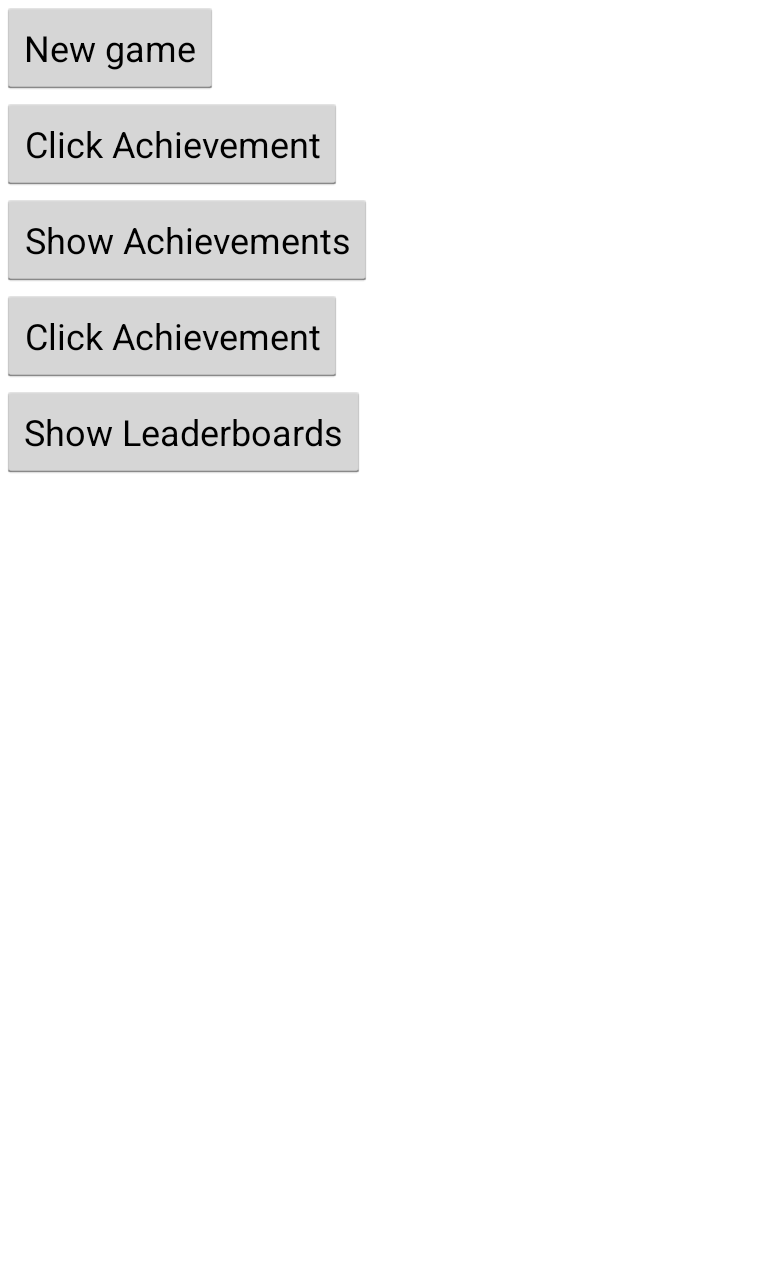
Repository: wassil/googleGamesTest
Layout: TicTacToe/res/layout/fragment_main_menu.xml
These files come from the project's save history. The layout is drawn as it stood at one moment and after the next save; the edit follows.
It is drawn on a 768 x 1280 px phone screen (xhdpi) without system bars, with theme AppTheme; the app's code is not run.

Above is the layout before, as saved 2014-03-31 19:53:50.

After the next save:
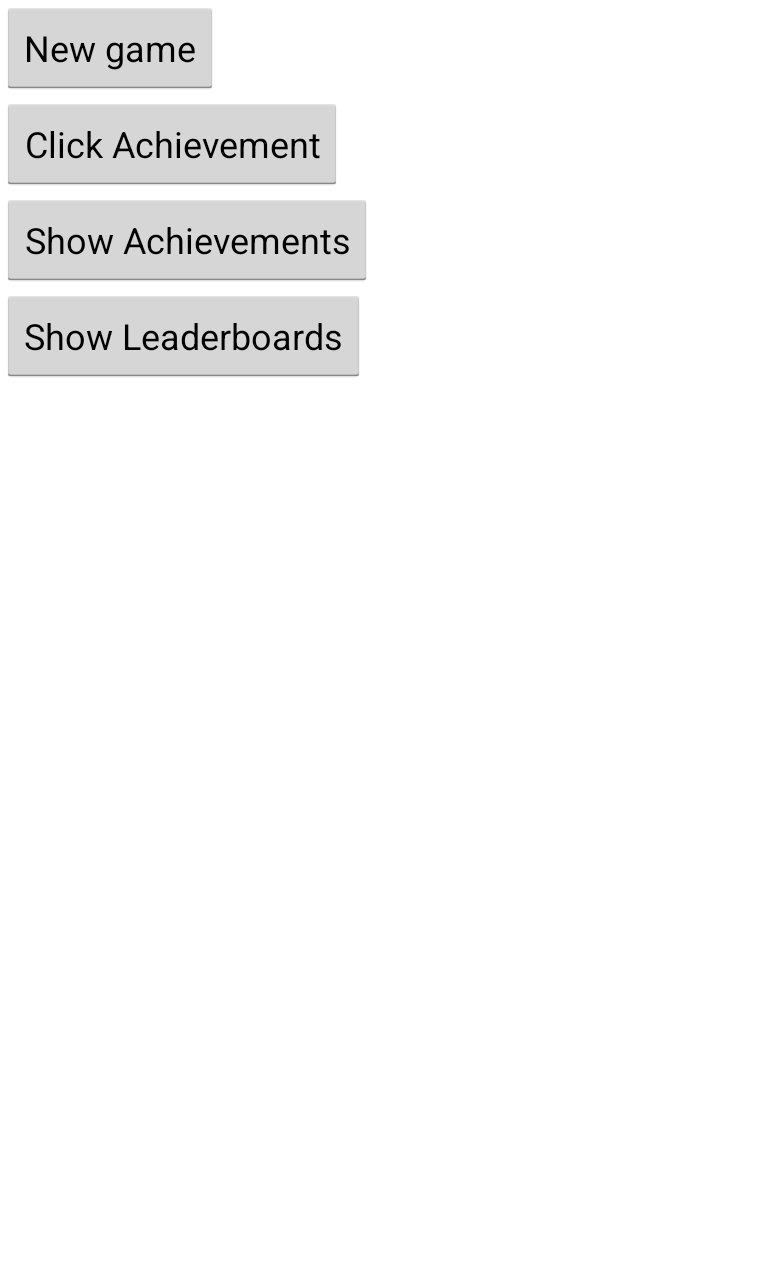
Saved 4 h 5 min later.
--- a/TicTacToe/res/layout/fragment_main_menu.xml
+++ b/TicTacToe/res/layout/fragment_main_menu.xml
@@ -24,12 +24,6 @@
         android:text="Show Achievements" />
 
     <Button
-        android:id="@+id/buttonClickAchievement"
-        android:layout_width="wrap_content"
-        android:layout_height="wrap_content"
-        android:text="Click Achievement" />
-
-    <Button
         android:id="@+id/buttonShowLeaderboards"
         android:layout_width="wrap_content"
         android:layout_height="wrap_content"
